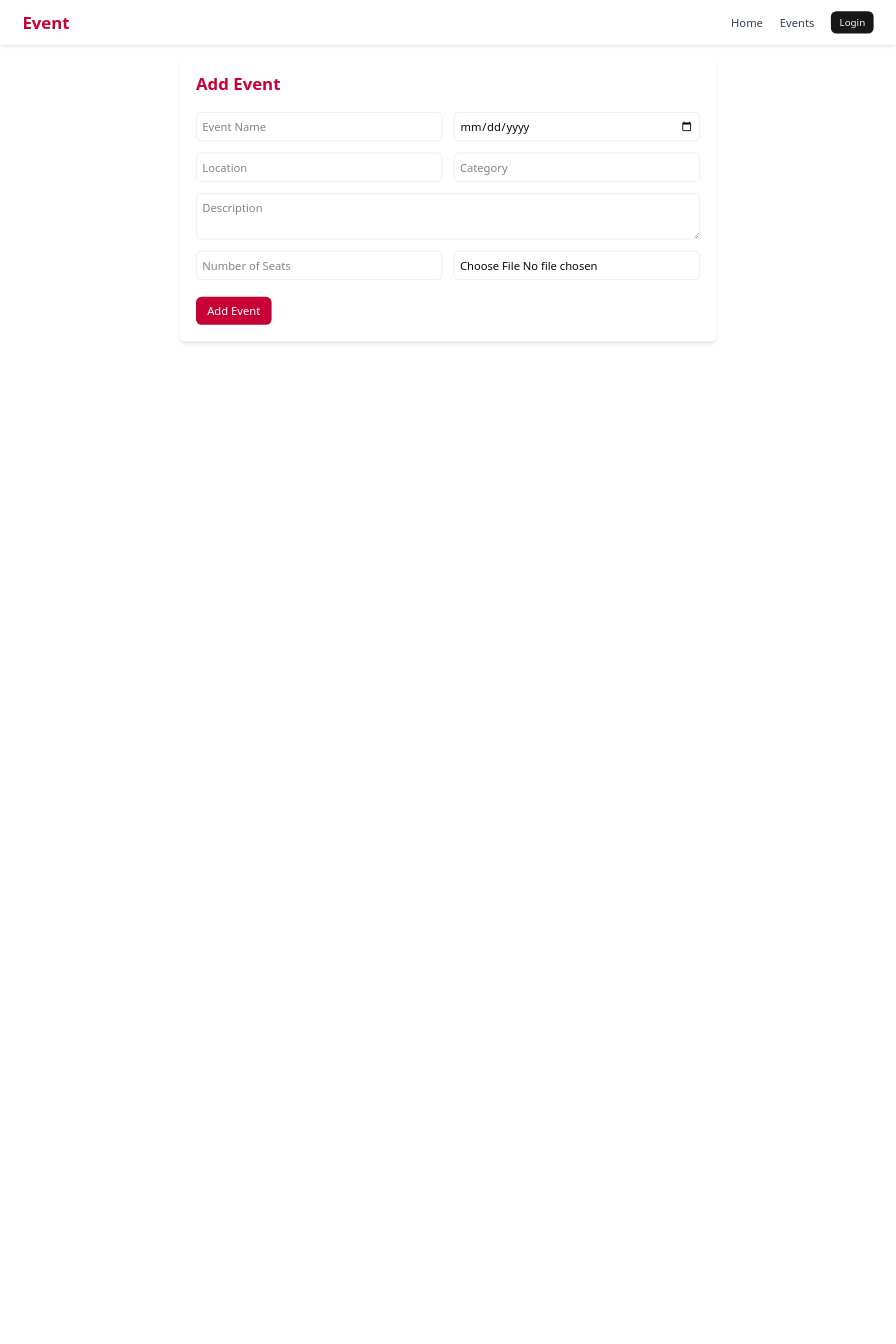
Repository: shshafin/event-client
Page: /add-event
The author's editor kept a copy of each file at every save. The page is drawn from the files as they stood at one save, then again after a run of saves.
The browser window is 1280 px wide. The pictures show the part of the page from y = 0 to 1920 px (the page is 4561 px tall before and 720 px after), at 70% of full size.
The page's requests for data from a server got no answer. The project was rebuilt for these pictures with package versions that can differ from the ones it lists, and the page was loaded fresh each time. The framework's server and built-in components were replaced by stand-ins that run in the browser. No one was signed in, and anything a server would have sent is missing. Also part of the build but not shown: next.config.ts, src/components/ui/dropdown-menu.tsx.

Above is the page before, as saved 2025-10-30 01:04:20.

### src/app/layout.tsx
import "@/styles/globals.css";
import { Viewport } from "next";
import clsx from "clsx";

import { fontSans } from "@/config/font";
import { Providers } from "@/lib/provider";

export const viewport: Viewport = {
  themeColor: [
    { media: "(prefers-color-scheme: light)", color: "white" },
    { media: "(prefers-color-scheme: dark)", color: "black" },
  ],
};

export default function RootLayout({
  children,
}: {
  children: React.ReactNode;
}) {
  return (
    <html
      suppressHydrationWarning
      lang="en">
      <head />
      <body
        className={clsx(
          "min-h-screen bg-background font-sans antialiased",
          fontSans.variable
        )}>
        <Providers>{children}</Providers>
      </body>
    </html>
  );
}

### src/app/(withCommonLayout)/layout.tsx
import Footer from "@/components/ui/Footer";
import Navbar from "@/components/ui/Navbar";
import React from "react";

const withCommonLayout = ({ children }: { children: React.ReactNode }) => {
  return (
    <div className="relative flex flex-col h-screen">
      <Navbar />
      <main>{children}</main>
      <Footer />
    </div>
  );
};

export default withCommonLayout;

### src/app/(withCommonLayout)/(admin)/add-event/page.tsx
"use client";

import { useState } from "react";
import { zodResolver } from "@hookform/resolvers/zod";
import * as z from "zod";
import { useAddEvent } from "@/hooks/event.hook";
import FXForm from "@/components/form/FXForm";
import { useFormContext } from "react-hook-form";

// Event validation schema
const eventSchema = z.object({
  name: z.string().min(1, "Event name is required"),
  date: z.string().min(1, "Date is required"),
  location: z.string().min(1, "Location is required"),
  category: z.string().min(1, "Category is required"),
  description: z.string().min(1, "Description is required"),
  numberOfSeats: z.number().min(1, "Number of seats must be at least 1"),
  image: z.any(),
});

type EventFormValues = z.infer<typeof eventSchema>;

// Input fields using useFormContext
const EventFormInputs = () => {
  const {
    register,
    formState: { errors },
  } = useFormContext<EventFormValues>();

  return (
    <div className="grid gap-4 sm:grid-cols-1 md:grid-cols-2">
      <div className="flex flex-col">
        <input
          type="text"
          placeholder="Event Name"
          {...register("name")}
          className="border p-2 rounded-md w-full"
        />
        {errors.name && (
          <p className="text-red-500 text-sm">{errors.name.message}</p>
        )}
      </div>

      <div className="flex flex-col">
        <input
          type="date"
          {...register("date")}
          className="border p-2 rounded-md w-full"
        />
        {errors.date && (
          <p className="text-red-500 text-sm">{errors.date.message}</p>
        )}
      </div>

      <div className="flex flex-col">
        <input
          type="text"
          placeholder="Location"
          {...register("location")}
          className="border p-2 rounded-md w-full"
        />
        {errors.location && (
          <p className="text-red-500 text-sm">{errors.location.message}</p>
        )}
      </div>

      <div className="flex flex-col">
        <input
          type="text"
          placeholder="Category"
          {...register("category")}
          className="border p-2 rounded-md w-full"
        />
        {errors.category && (
          <p className="text-red-500 text-sm">{errors.category.message}</p>
        )}
      </div>

      <div className="flex flex-col md:col-span-2">
        <textarea
          placeholder="Description"
          {...register("description")}
          className="border p-2 rounded-md w-full"
        />
        {errors.description && (
          <p className="text-red-500 text-sm">{errors.description.message}</p>
        )}
      </div>

      <div className="flex flex-col">
        <input
          type="number"
          placeholder="Number of Seats"
          {...register("numberOfSeats", { valueAsNumber: true })}
          className="border p-2 rounded-md w-full"
        />
        {errors.numberOfSeats && (
          <p className="text-red-500 text-sm">{errors.numberOfSeats.message}</p>
        )}
      </div>

      <div className="flex flex-col">
        <input
          type="file"
          accept="image/*"
          {...register("image")}
          className="border p-2 rounded-md w-full"
        />
      </div>
    </div>
  );
};

export default function AddEventPage() {
  const { mutateAsync, isPending } = useAddEvent();
  const [error, setError] = useState<string | null>(null);

  const handleSubmit = async (data: EventFormValues) => {
    try {
      const formData = new FormData();
      formData.append("name", data.name);
      formData.append("date", data.date);
      formData.append("location", data.location);
      formData.append("category", data.category);
      formData.append("description", data.description);
      formData.append("numberOfSeats", data.numberOfSeats.toString());

      if (data.image?.length > 0) {
        formData.append("image", data.image[0]);
      }

      await mutateAsync(formData);
      alert("Event created successfully!");
    } catch (err: any) {
      setError(err.message || "Failed to create event");
    }
  };

  return (
    <section className="h-1040">
      <div className="max-w-3xl mx-auto mt-20 p-4 sm:p-6 bg-white shadow-md rounded-md">
        <h2 className="text-2xl font-bold mb-6 text-rose-700 text-center sm:text-left">
          Add Event
        </h2>

        <FXForm
          onSubmit={handleSubmit}
          resolver={zodResolver(eventSchema)}>
          <EventFormInputs />

          {error && <p className="text-red-500 mt-2">{error}</p>}

          <button
            type="submit"
            disabled={isPending}
            className="mt-6 w-full sm:w-auto bg-rose-700 text-white py-2 px-4 rounded-md hover:bg-rose-800 transition-colors duration-200">
            {isPending ? "Submitting..." : "Add Event"}
          </button>
        </FXForm>
      </div>
    </section>
  );
}

### src/lib/provider/index.tsx
"use client";

import * as React from "react";
import { QueryClient, QueryClientProvider } from "@tanstack/react-query";
import { Toaster } from "sonner";
import UserProvider from "@/context/user.provider";

export interface ProvidersProps {
  children: React.ReactNode;
}

export function Providers({ children }: ProvidersProps) {
  const queryClient = new QueryClient();

  return (
    <QueryClientProvider client={queryClient}>
      <UserProvider>
        <Toaster
          richColors
          position="top-center"
          closeButton
        />
        {children}
      </UserProvider>
    </QueryClientProvider>
  );
}

### src/components/ui/Footer.tsx
"use client";

import Link from "next/link";

export default function Footer() {
  return (
    <footer className="bg-gray-100 dark:bg-gray-900 text-gray-700 dark:text-gray-300 py-8 mt-12">
      <div className="max-w-7xl mx-auto px-4 sm:px-6 lg:px-8">
        <div className="grid grid-cols-1 md:grid-cols-2 gap-8">
          {/* Logo & description */}
          <div>
            <span className="font-bold text-xl text-purple-700">
              MyCollegeApp
            </span>
            <p className="mt-2 text-sm text-gray-600 dark:text-gray-400">
              Helping students find the right colleges and manage admissions
              easily.
            </p>
          </div>

          {/* Quick Links */}
          <div>
            <h3 className="font-semibold mb-2">Quick Links</h3>
            <ul className="space-y-1">
              <li>
                <Link
                  href="/"
                  className="hover:text-purple-700">
                  Home
                </Link>
              </li>
              <li>
                <Link
                  href="/college"
                  className="hover:text-purple-700">
                  Colleges
                </Link>
              </li>
              <li>
                <Link
                  href="/admission"
                  className="hover:text-purple-700">
                  Admission
                </Link>
              </li>
              <li>
                <Link
                  href="/my-college"
                  className="hover:text-purple-700">
                  My College
                </Link>
              </li>
            </ul>
          </div>
        </div>

        <div className="mt-8 border-t border-gray-300 dark:border-gray-700 pt-4 text-center text-sm">
          © {new Date().getFullYear()} MyCollegeApp. All rights reserved.
        </div>
      </div>
    </footer>
  );
}

### src/hooks/event.hook.ts
import {
  addEvent,
  getEventById,
  getEvents,
  searchEventsByName,
} from "@/services/Event-Service";
import { useQuery, useMutation } from "@tanstack/react-query";

// ✅ Get all events
export const useGetEvents = () => {
  return useQuery({
    queryKey: ["GET_EVENTS"],
    queryFn: async () => await getEvents(),
  });
};

// ✅ Get single event by ID
export const useGetEventById = (id: string) => {
  return useQuery({
    queryKey: ["GET_EVENT", id],
    queryFn: async () => await getEventById(id),
    enabled: !!id,
  });
};

// ✅ Search events by name
export const useSearchEvents = (name: string) => {
  return useQuery({
    queryKey: ["SEARCH_EVENTS", name],
    queryFn: async () => await searchEventsByName(name),
    enabled: !!name,
  });
};

// ✅ Add new event (admin only)
export const useAddEvent = () => {
  return useMutation({
    mutationFn: async (formData: FormData) => await addEvent(formData),
  });
};

### src/components/form/FXForm.tsx
"use client";

import { FormProvider, SubmitHandler, useForm } from "react-hook-form";

interface formConfig {
  defaultValues?: Record<string, any>;
  resolver?: any;
}

interface IProps extends formConfig {
  onSubmit: SubmitHandler<any>;
  children: React.ReactNode;
}

const FXForm = ({ children, onSubmit, defaultValues, resolver }: IProps) => {
  const formConfig: formConfig = {};
  if (!!defaultValues) {
    formConfig["defaultValues"] = defaultValues;
  }
  if (!!resolver) {
    formConfig["resolver"] = resolver;
  }
  const methods = useForm(formConfig);
  const submitHandler = methods.handleSubmit;
  return (
    <FormProvider {...methods}>
      <form onSubmit={submitHandler(onSubmit)}>{children}</form>
    </FormProvider>
  );
};

export default FXForm;

### src/context/user.provider.tsx
"use client";

import {
  createContext,
  Dispatch,
  SetStateAction,
  useContext,
  useEffect,
  useState,
} from "react";
import { IUser } from "../types";
import { getCurrentUser } from "../services/AuthService";

interface IUserProviderValues {
  user: IUser | null;
  isLoading: boolean;
  setUser: (user: IUser | null) => void;
  setIsLoading: Dispatch<SetStateAction<boolean>>;
}

const UserContext = createContext<IUserProviderValues | undefined>(undefined);

const UserProvider = ({ children }: { children: React.ReactNode }) => {
  const [user, setUser] = useState<IUser | null>(null);
  const [isLoading, setIsLoading] = useState(true);

  const handleUser = async () => {
    try {
      const user = await getCurrentUser();
      setUser(user);
    } catch (error) {
      console.error("Failed to fetch user:", error);
      setUser(null);
    } finally {
      setIsLoading(false);
    }
  };

  useEffect(() => {
    handleUser();
  }, []);

  return (
    <UserContext.Provider value={{ user, setUser, isLoading, setIsLoading }}>
      {children}
    </UserContext.Provider>
  );
};

export const useUser = () => {
  const context = useContext(UserContext);

  if (context === undefined) {
    throw new Error("useUser must be used within the UserProvider context");
  }

  return context;
};

export default UserProvider;

### src/components/ui/button.tsx
import * as React from "react"
import { Slot } from "@radix-ui/react-slot"
import { cva, type VariantProps } from "class-variance-authority"

import { cn } from "@/lib/utils"

const buttonVariants = cva(
  "inline-flex items-center justify-center gap-2 whitespace-nowrap rounded-md text-sm font-medium transition-all disabled:pointer-events-none disabled:opacity-50 [&_svg]:pointer-events-none [&_svg:not([class*='size-'])]:size-4 shrink-0 [&_svg]:shrink-0 outline-none focus-visible:border-ring focus-visible:ring-ring/50 focus-visible:ring-[3px] aria-invalid:ring-destructive/20 dark:aria-invalid:ring-destructive/40 aria-invalid:border-destructive",
  {
    variants: {
      variant: {
        default: "bg-primary text-primary-foreground hover:bg-primary/90",
        destructive:
          "bg-destructive text-white hover:bg-destructive/90 focus-visible:ring-destructive/20 dark:focus-visible:ring-destructive/40 dark:bg-destructive/60",
        outline:
          "border bg-background shadow-xs hover:bg-accent hover:text-accent-foreground dark:bg-input/30 dark:border-input dark:hover:bg-input/50",
        secondary:
          "bg-secondary text-secondary-foreground hover:bg-secondary/80",
        ghost:
          "hover:bg-accent hover:text-accent-foreground dark:hover:bg-accent/50",
        link: "text-primary underline-offset-4 hover:underline",
      },
      size: {
        default: "h-9 px-4 py-2 has-[>svg]:px-3",
        sm: "h-8 rounded-md gap-1.5 px-3 has-[>svg]:px-2.5",
        lg: "h-10 rounded-md px-6 has-[>svg]:px-4",
        icon: "size-9",
        "icon-sm": "size-8",
        "icon-lg": "size-10",
      },
    },
    defaultVariants: {
      variant: "default",
      size: "default",
    },
  }
)

function Button({
  className,
  variant,
  size,
  asChild = false,
  ...props
}: React.ComponentProps<"button"> &
  VariantProps<typeof buttonVariants> & {
    asChild?: boolean
  }) {
  const Comp = asChild ? Slot : "button"

  return (
    <Comp
      data-slot="button"
      className={cn(buttonVariants({ variant, size, className }))}
      {...props}
    />
  )
}

export { Button, buttonVariants }

### src/services/AuthService/index.ts
"use server";
import { axiosInstance } from "@/lib/AxiosInstance";
import { cookies } from "next/headers";
import { FieldValues } from "react-hook-form";

// ! Register User
export const registerUser = async (userData: FieldValues) => {
  try {
    const { data } = await axiosInstance.post("/users/register", userData);
    return data;
  } catch (error: any) {
    throw new Error(error);
  }
};

// ! Login User
export const loginUser = async (userData: FieldValues) => {
  try {
    const { data } = await axiosInstance.post("/auth/login", userData);
    if (data?.success) {
      (await cookies()).set("access_token", data?.data?.accessToken);
    }
    return data;
  } catch (error: any) {
    throw new Error(error);
  }
};

// ! Logout User
export const logoutUser = async () => {
  (await cookies()).delete("access_token");
};

// ! get user
export const getCurrentUser = async () => {
  const accessToken = (await cookies()).get("access_token")?.value;

  if (!accessToken) return null;

  try {
    const { data } = await axiosInstance.get("/auth/me", {
      headers: {
        Authorization: `Bearer ${accessToken}`,
      },
    });

    return data;
  } catch (err) {
    console.error("Failed to fetch current user:", err);
    return null;
  }
};

### src/services/Event-Service/index.ts
"use server";

import { axiosInstance } from "@/lib/AxiosInstance";
import { getToken } from "../AdmissionService";

// Get all events
export const getEvents = async () => {
  try {
    const { data } = await axiosInstance.get("/events/all");
    return data;
  } catch (error: any) {
    throw new Error(error?.response?.data?.message || "Failed to fetch events");
  }
};

// Get single event by ID
export const getEventById = async (id: string) => {
  try {
    const { data } = await axiosInstance.get(`/events/${id}`);
    return data;
  } catch (error: any) {
    throw new Error(error?.response?.data?.message || "Failed to fetch event");
  }
};

// Add new event (admin only)
export const addEvent = async (payload: FormData) => {
  try {
    const token = await getToken();

    const { data } = await axiosInstance.post("/events/create", payload, {
      headers: {
        Authorization: `Bearer ${token}`,
        "Content-Type": "multipart/form-data",
      },
    });

    return data;
  } catch (error: any) {
    throw new Error(error?.response?.data?.message || "Failed to create event");
  }
};

// Search events by name
export const searchEventsByName = async (name: string) => {
  try {
    const { data } = await axiosInstance.get("/events/search", {
      params: { name },
    });
    return data;
  } catch (error: any) {
    throw new Error(
      error?.response?.data?.message || "Failed to search events"
    );
  }
};

### src/lib/AxiosInstance/index.ts
"use server";

import { envConfig } from "@/config/envConfig";
import axios from "axios";
import { cookies } from "next/headers";

export const axiosInstance = axios.create({
  baseURL: envConfig.base_Api,
});

axiosInstance.interceptors.request.use(
  async (config) => {
    try {
      const cookieStore = await cookies(); //
      const cookie = cookieStore.get("accessToken");
      const accessToken = cookie?.value;

      if (accessToken && config.headers) {
        config.headers.Authorization = `Bearer ${accessToken}`;
      }

      return config;
    } catch (err) {
      console.error("Axios request interceptor error:", err);
      return config;
    }
  },
  (error) => {
    return Promise.reject(error);
  }
);

axiosInstance.interceptors.response.use(
  (response) => response,
  (error) => {
    console.error(
      "Axios response error:",
      error.response?.data || error.message
    );
    return Promise.reject(error);
  }
);

### src/services/AdmissionService/index.ts
"use server";

import { axiosInstance } from "@/lib/AxiosInstance";
import { cookies } from "next/headers";

// Helper to get token from cookies
export const getToken = async () => {
  const cookieStore = await cookies();
  const token = cookieStore.get("access_token")?.value;
  if (!token)
    throw new Error("Authentication token not found. Please login again.");
  return token;
};

// Create Admission
export const createAdmission = async (formData: FormData) => {
  try {
    const token = await getToken();

    const { data } = await axiosInstance.post("/admissions/create", formData, {
      headers: {
        "Content-Type": "multipart/form-data",
        Authorization: `Bearer ${token}`,
      },
    });

    console.log("Admission created successfully:", data);
    return data;
  } catch (error: any) {
    console.error(
      "Create admission error:",
      error.response?.data || error.message
    );
    throw new Error(
      error.response?.data?.message ||
        "Failed to create admission. Please try again."
    );
  }
};

// Get My Admissions
export const getMyAdmissions = async () => {
  try {
    const token = await getToken();

    const { data } = await axiosInstance.get("/admissions/my", {
      headers: {
        Authorization: `Bearer ${token}`,
      },
    });

    console.log("My admissions retrieved:", data);
    return data;
  } catch (error: any) {
    console.error(
      "Get my admissions error:",
      error.response?.data || error.message
    );
    throw new Error(
      error.response?.data?.message || "Failed to fetch your admissions."
    );
  }
};

// Get Admission by ID
export const getAdmissionById = async (id: string) => {
  try {
    const token = await getToken();

    const { data } = await axiosInstance.get(`/admissions/${id}`, {
      headers: {
        Authorization: `Bearer ${token}`,
      },
    });

    return data;
  } catch (error: any) {
    console.error(
      "Get admission by ID error:",
      error.response?.data || error.message
    );
    throw new Error(
      error.response?.data?.message || "Failed to fetch admission details."
    );
  }
};

// edit Admission
export const editAdmission = async (id: any, admissionData: any) => {
  try {
    const token = await getToken();

    const { data } = await axiosInstance.patch(
      `/admissions/update/${id}`,
      admissionData,
      {
        headers: {
          "Content-Type": "application/json",
          Authorization: `Bearer ${token}`,
        },
      }
    );

    console.log("Admission updated successfully:", data);
    return data;
  } catch (error: any) {
    console.error(
      "Edit admission error:",
      error.response?.data || error.message
    );
    throw new Error(
      error.response?.data?.message ||
        "Failed to update admission. Please try again."
    );
  }
};

### src/config/envConfig.ts
export const envConfig = {
  base_Api: process.env.NEXT_PUBLIC_BASE_API,
  base_Url: process.env.NEXT_PUBLIC_BASE_URL,
};

Loaded but not shown: src/styles/globals.css (common file); src/config/font.ts (common file); src/lib/utils.ts (common file); src/components/ui/Navbar.tsx (200 lines, source omitted)

After the next 2 saves:
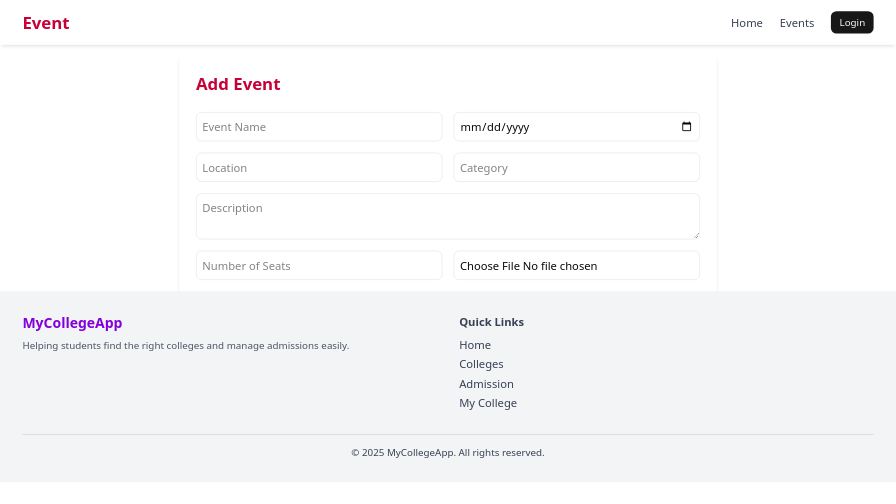
The 2 saves are shown as one change because they came seconds apart.
The last was saved 15 s later.
--- a/src/app/(withCommonLayout)/(admin)/add-event/page.tsx
+++ b/src/app/(withCommonLayout)/(admin)/add-event/page.tsx
@@ -137,7 +137,7 @@ export default function AddEventPage() {
   };
 
   return (
-    <section className="h-1040">
+    <section className="h-72">
       <div className="max-w-3xl mx-auto mt-20 p-4 sm:p-6 bg-white shadow-md rounded-md">
         <h2 className="text-2xl font-bold mb-6 text-rose-700 text-center sm:text-left">
           Add Event
